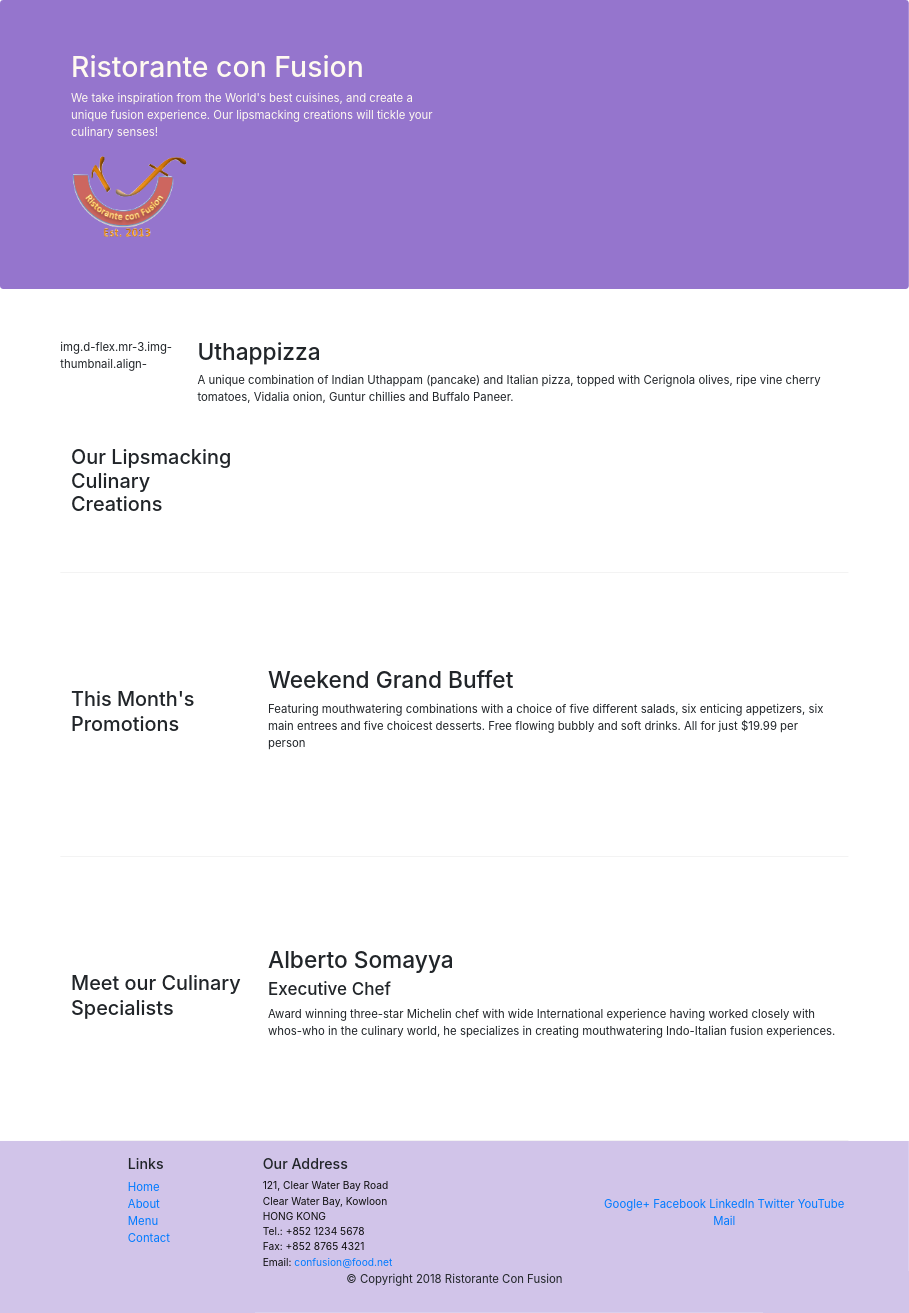
Repository: HwZau/conFusion
Page: index.html
The author's editor kept a copy of each file at every save. The page is drawn from the files as they stood at one save, then again after the next save.
The browser window is 1280 px wide. The pictures show the whole page, at 71% of full size.

Above is the page before, as saved 2022-05-19 11:17:07.

### index.html
<!DOCTYPE html>
<html lang="en">
  <head>
    <meta charset="utf-8" />
    <meta
      name="viewport"
      content="width=device-width, initial-scale=1, shrink-to-fit=no"
    />
    <meta http-equiv="x-ua-compatible" content="ie=edge" />
    <title>Ristorante Con Fusion</title>
    <link
      rel="stylesheet"
      href="node_modules/bootstrap/dist/css/bootstrap.min.css"
    />
    <link rel="stylesheet" href="css/style.css" />
  </head>

  <body>
    <header class="jumbotron">
      <div class="container">
        <div class="row row-header">
          <div class="col-12 col-sm-6">
            <h1>Ristorante con Fusion</h1>
            <p>
              We take inspiration from the World's best cuisines, and create a
              unique fusion experience. Our lipsmacking creations will tickle
              your culinary senses!
            </p>
          </div>

        </div>
        <div class="col-12 col-sm align-self-center">
          <img src="img/logo.png" alt="" class="img-fluid">
        </div>
      </div>
    </header>

    <div class="container">
      <div class="row row-content align-items-center">
        <div class="media">
          img.d-flex.mr-3.img-thumbnail.align-
          <div class="meadia-body">
            <h2>Uthappizza</h2>
            <p>
              A unique combination of Indian Uthappam (pancake) and Italian pizza,
              topped with Cerignola olives, ripe vine cherry tomatoes, Vidalia
              onion, Guntur chillies and Buffalo Paneer.
            </p>
          </div>
        </div>

        <div class="col-12 col-sm-4 col-md-3">
          <h3>Our Lipsmacking Culinary Creations</h3>
        </div>
      </div>

      <div class="row row-content align-items-center">
        <div class="col-12 col-sm-4 col-md-3">
          <h3>This Month's Promotions</h3>
        </div>
        <div class="col col-sm col-md">
          <h2>Weekend Grand Buffet</h2>
          <p>
            Featuring mouthwatering combinations with a choice of five different
            salads, six enticing appetizers, six main entrees and five choicest
            desserts. Free flowing bubbly and soft drinks. All for just $19.99
            per person
          </p>
        </div>
      </div>

      <div class="row row-content align-items-center">
        <div class="col-12 col-sm-4 col-md-3">
          <h3>Meet our Culinary Specialists</h3>
        </div>
        <div class="col col-sm col-md">
          <h2>Alberto Somayya</h2>
          <h4>Executive Chef</h4>
          <p>
            Award winning three-star Michelin chef with wide International
            experience having worked closely with whos-who in the culinary
            world, he specializes in creating mouthwatering Indo-Italian fusion
            experiences.
          </p>
        </div>
      </div>
    </div>

    <footer class="footer">
      <div class="container">
        <div class="row">
          <div class="col-4 offset-1 col-sm-2">
            <h5>Links</h5>
            <ul class="list-unstyled">
              <li><a href="#">Home</a></li>
              <li><a href="#">About</a></li>
              <li><a href="#">Menu</a></li>
              <li><a href="#">Contact</a></li>
            </ul>
          </div>
          <div class="col-7 col-sm-5">
            <h5>Our Address</h5>
            <address>
              121, Clear Water Bay Road<br />
              Clear Water Bay, Kowloon<br />
              HONG KONG<br />
              Tel.: +852 1234 5678<br />
              Fax: +852 8765 4321<br />
              Email: <a href="mailto:confusion@food.net">confusion@food.net</a>
            </address>
          </div>
          <div class="col-12 col-sm-4 align-self-center">
            <div class="text-center">
              <a href="http://google.com/+">Google+</a>
              <a href="http://www.facebook.com/profile.php?id=">Facebook</a>
              <a href="http://www.linkedin.com/in/">LinkedIn</a>
              <a href="http://twitter.com/">Twitter</a>
              <a href="http://youtube.com/">YouTube</a>
              <a href="mailto:">Mail</a>
            </div>
          </div>
        </div>
        <div class="row justify-content-center">
          <div class="col-auto">
            <p>© Copyright 2018 Ristorante Con Fusion</p>
          </div>
        </div>
      </div>
    </footer>

    <script src="node_modules/jquery/dist/jquery.slim.min.js"></script>
    <script src="node_modules/popper.js/dist/umd/popper.min.js"></script>
    <script src="node_modules/bootstrap/dist/js/bootstrap.min.js"></script>
  </body>
</html>

### css/style.css

.row-header {
	margin: 0px auto;
	padding: 0px auto;
}

.row-content {
	margin: 0 auto;
	padding: 50px 0px 50px 0px;
	border-bottom: 1px ridge;
	min-height: 400px;
}

.footer {
	background-color: #D1C4E9;
	margin: 0px auto;
	padding: 20px 0px 20px 0px;
}

.jumbotron {
	padding: 70px 30px 70px 30px;
	margin: 0px auto;
	background: #9575CD;
	color: floralwhite;
}

address {
	font-size: 90%;
	margin: 0px;
	color:#0f0f0f;
}

Loaded but not shown: node_modules/bootstrap/dist/css/bootstrap.min.css (library); node_modules/jquery/dist/jquery.slim.min.js (library); node_modules/popper.js/dist/umd/popper.min.js (library); node_modules/bootstrap/dist/js/bootstrap.min.js (library)

After the next save:
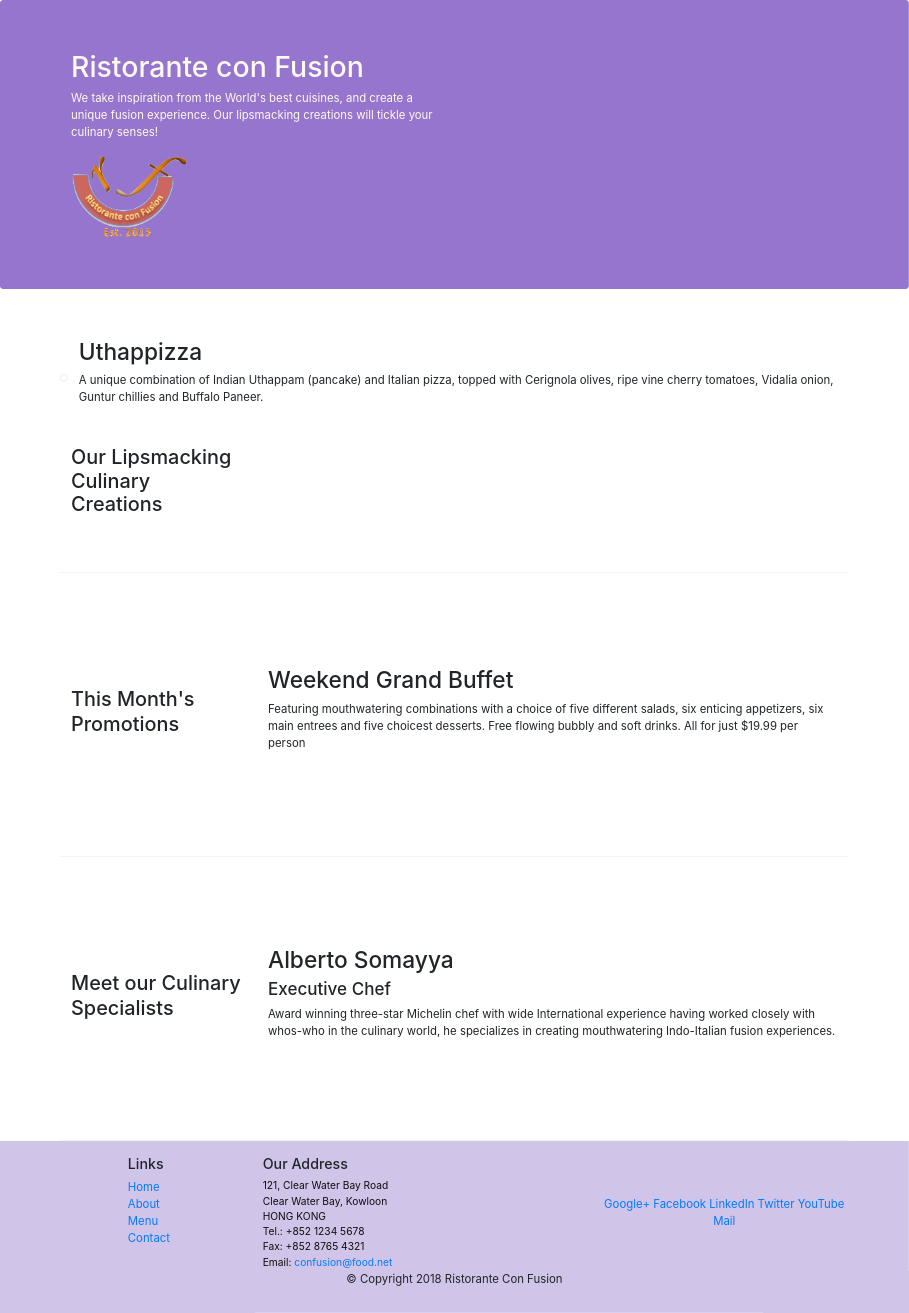
Saved 4 s later.
--- a/index.html
+++ b/index.html
@@ -38,7 +38,7 @@
     <div class="container">
       <div class="row row-content align-items-center">
         <div class="media">
-          img.d-flex.mr-3.img-thumbnail.align-
+          <img src="" alt="" class="d-flex mr-3 img-thumbnail align-self-center">
           <div class="meadia-body">
             <h2>Uthappizza</h2>
             <p>
